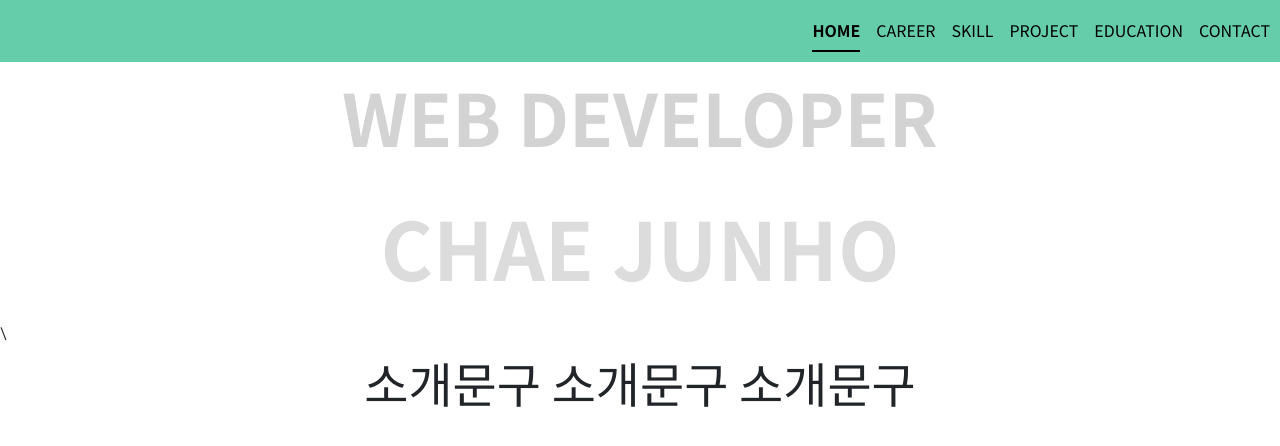
Repository: chaejunho689/bitcamp
Page: PersonalProject/src/main/webapp/index.html
The author's editor kept a copy of each file at every save. The page is drawn from the files as they stood at one save, then again after the next save.
The browser window is 1280 px wide. The pictures show the whole page.

Above is the page before, as saved 2024-08-29 08:34:21.

After the next save:
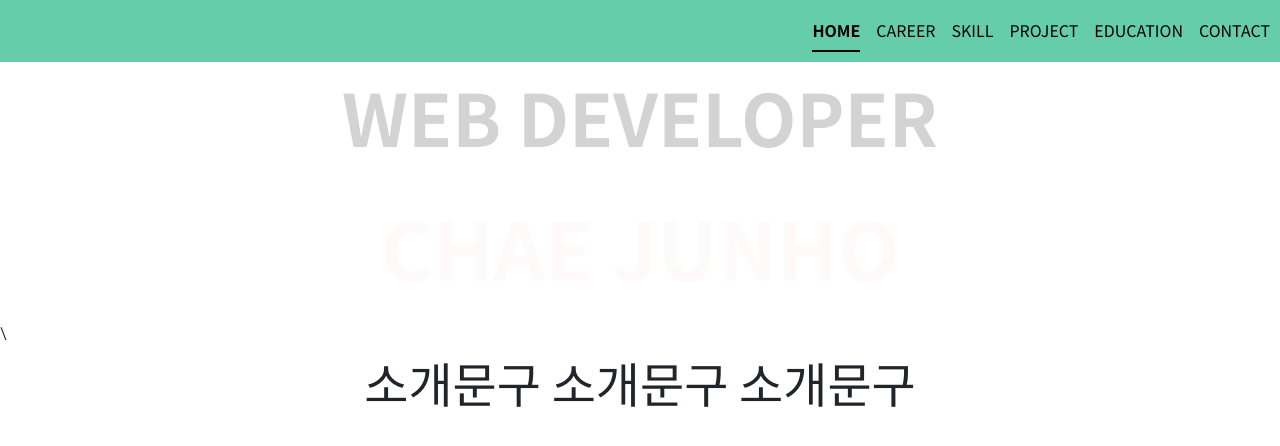
Saved 15 s later.
--- a/PersonalProject/src/main/webapp/index.html
+++ b/PersonalProject/src/main/webapp/index.html
@@ -58,7 +58,7 @@
 	#div_name > p {
 		font-weight: 900;
 		font-size: 5em;
-		color : #DCDCDC;
+		color : #FFFAFA;
 	}
 
 	#div_job > p {
